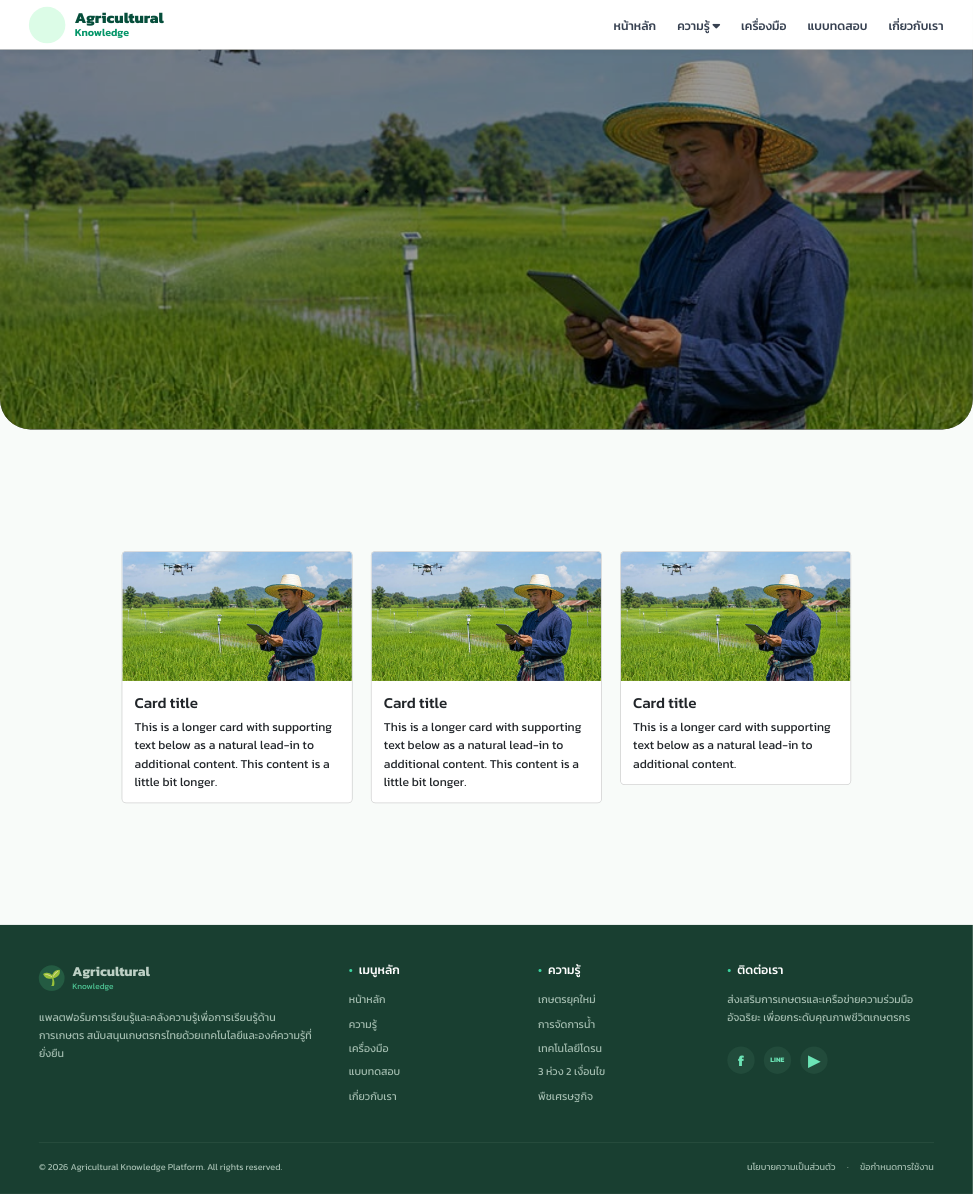
Repository: nuwat-wa/Project-WebdesignAG
Page: ag1.html
These files come from the project's save history. The page is drawn as it stood at one moment and after a run of saves; the edit follows.
The browser window is 1280 px wide. The pictures show the whole page, at 76% of full size.

Above is the page before, as saved 2026-09-24 19:15:13.

### ag1.html
<!doctype html>
<html lang="en">
  <head>
    <meta charset="UTF-8" />
    <meta name="viewport" content="width=device-width, initial-scale=1.0" />
    <title>Agricultural Knowledge</title>
    <link
      href="https://cdn.jsdelivr.net/npm/bootstrap@5.3.8/dist/css/bootstrap.min.css"
      rel="stylesheet"
      integrity="sha384-sRIl4kxILFvY47J16cr9ZwB07vP4J8+LH7qKQnuqkuIAvNWLzeN8tE5YBujZqJLB"
      crossorigin="anonymous"
    />
    <link
      rel="stylesheet"
      href="https://cdnjs.cloudflare.com/ajax/libs/font-awesome/6.7.2/css/all.min.css"
    />
    <link rel="stylesheet" href="ag1.css" />
  </head>
  <body>
    <header class="header">
      <div class="logo">
        <div class="logo-icon">
          <i class=""></i>
        </div>
        <div class="brand-text">
          <h1 class="title">Agricultural</h1>
          <span class="subtitle">Knowledge</span>
        </div>
      </div>

      <nav class="nav-links">
        <a href="#">หน้าหลัก</a>
        <a href="#">ความรู้ <i class="fa-solid fa-caret-down"></i> </a>
        <a href="#">เครื่องมือ</a>
        <a href="#">แบบทดสอบ</a>
        <a href="#">เกี่ยวกับเรา</a>
      </nav>
    </header>

    <div class="helo">
      <img src="img/aghero.jpg" alt="Agricultural" />
      <div class="overlay"></div>
    </div>

    <div class="navcont"></div>

    <div class="content">
      <div class="row row-cols-1 row-cols-md-3 g-4">
        <div class="col">
          <div class="card">
            <img src="img/aghero.jpg" class="card-img-top" alt="..." />
            <div class="card-body">
              <h5 class="card-title">Card title</h5>
              <p class="card-text">
                This is a longer card with supporting text below as a natural
                lead-in to additional content. This content is a little bit
                longer.
              </p>
            </div>
          </div>
        </div>
        <div class="col">
          <div class="card">
            <img src="img/aghero.jpg" class="card-img-top" alt="..." />
            <div class="card-body">
              <h5 class="card-title">Card title</h5>
              <p class="card-text">
                This is a longer card with supporting text below as a natural
                lead-in to additional content. This content is a little bit
                longer.
              </p>
            </div>
          </div>
        </div>
        <div class="col">
          <div class="card">
            <img src="img/aghero.jpg" class="card-img-top" alt="..." />
            <div class="card-body">
              <h5 class="card-title">Card title</h5>
              <p class="card-text">
                This is a longer card with supporting text below as a natural
                lead-in to additional content.
              </p>
            </div>
          </div>
        </div>

      </div>
    </div>

    <footer class="site-footer">
      <div class="footer-top">
        <!-- โลโก้และคำอธิบาย -->
        <div class="footer-about">
          <div class="footer-logo">
            <span class="footer-logo-icon">🌱</span>

            <div>
              <strong>Agricultural</strong>
              <small>Knowledge</small>
            </div>
          </div>

          <p>
            แพลตฟอร์มการเรียนรู้และคลังความรู้เพื่อการเรียนรู้ด้านการเกษตร
            สนับสนุนเกษตรกรไทยด้วยเทคโนโลยีและองค์ความรู้ที่ยั่งยืน
          </p>
        </div>

        <!-- เมนูหลัก -->
        <div class="footer-column">
          <h3>เมนูหลัก</h3>

          <ul>
            <li><a href="home.html">หน้าหลัก</a></li>
            <li><a href="knowledge.html">ความรู้</a></li>
            <li><a href="tools.html">เครื่องมือ</a></li>
            <li><a href="quiz.html">แบบทดสอบ</a></li>
            <li><a href="about.html">เกี่ยวกับเรา</a></li>
          </ul>
        </div>

        <!-- หมวดความรู้ -->
        <div class="footer-column">
          <h3>ความรู้</h3>

          <ul>
            <li><a href="modern-farming.html">เกษตรยุคใหม่</a></li>
            <li><a href="water.html">การจัดการน้ำ</a></li>
            <li><a href="drone.html">เทคโนโลยีโดรน</a></li>
            <li><a href="sufficiency.html">3 ห่วง 2 เงื่อนไข</a></li>
            <li><a href="crops.html">พืชเศรษฐกิจ</a></li>
          </ul>
        </div>

        <!-- ติดต่อ -->
        <div class="footer-contact">
          <h3>ติดต่อเรา</h3>

          <p>
            ส่งเสริมการเกษตรและเครือข่ายความร่วมมืออัจฉริยะ
            เพื่อยกระดับคุณภาพชีวิตเกษตรกร
          </p>

          <!-- ใส่ URL ของช่องทางจริงใน href -->
          <div class="footer-social">
            <a href="#" aria-label="Facebook">f</a>
            <a href="#" class="social-line" aria-label="LINE">LINE</a>
            <a href="#" aria-label="YouTube">▶</a>
          </div>
        </div>
      </div>

      <!-- ส่วนล่าง -->
      <div class="footer-bottom">
        <p>© 2026 Agricultural Knowledge Platform. All rights reserved.</p>

        <div class="footer-policy">
          <a href="privacy.html">นโยบายความเป็นส่วนตัว</a>
          <span>·</span>
          <a href="terms.html">ข้อกำหนดการใช้งาน</a>
        </div>
      </div>
    </footer>

    <script
      src="https://cdn.jsdelivr.net/npm/bootstrap@5.3.8/dist/js/bootstrap.bundle.min.js"
      integrity="sha384-FKyoEForCGlyvwx9Hj09JcYn3nv7wiPVlz7YYwJrWVcXK/BmnVDxM+D2scQbITxI"
      crossorigin="anonymous"
    ></script>
  </body>
</html>

### ag1.css
@import url('https://fonts.googleapis.com/css2?family=Kanit:ital,wght@0,100;0,200;0,300;0,400;0,500;0,600;0,700;0,800;0,900;1,100;1,200;1,300;1,400;1,500;1,600;1,700;1,800;1,900&display=swap');

* {
  margin: 0;
  padding: 0;
  box-sizing: border-box;
  font-family: "Kanit", sans-serif;
  font-style: normal;
}

body {
  background: #f8fbf9;
}

.header {
  position: fixed;
  top: 0;
  left: 0;
  width: 100%;
  padding: 0 3%;
  height: 65px;
  background: white;
  display: flex;
  justify-content: space-between;
  align-items: center;
  box-shadow: 0 2px 10px rgba(0, 0, 0, 0.05);
  z-index: 1000;
}

.logo {
  display: flex;
  align-items: center;
  gap: 12px;
}

.logo-icon {
  width: 48px;
  height: 48px;
  background-color: #dcfce7;
  border-radius: 50%;
  display: flex;
  align-items: center;
  justify-content: center;
}

.brand-text {
  display: flex;
  flex-direction: column;
}

.title {
  margin: 0;
  font-size: 20px;
  font-weight: 800;
  color: #064e3b;
  line-height: 0.95;
}

.subtitle {
  font-size: 14px;
  font-weight: 600;
  color: #059669;
  line-height: 1.1;
  margin-top: 2px;
}

.nav-links a {
  text-decoration: none;
  color: #374151;
  font-weight: 500;
  margin-left: 24px;
}

.nav-links a:hover {
  color: #2D6A4F;
}

.nav-links a:hover {
    color: #2D6A4F;
}

nav a:hover,
nav .active {
    color: #2D6A4F;
    border-bottom: 2px solid #2D6A4F;
}

.helo {
  width: 100vw;
  margin-top: 65px;
  background-color: black;
  border-radius: 0px 0px 40px 40px;
}

.helo img {
  width: 100%;
  height: 500px;
  object-fit: cover;
  display: block;
  border-radius: 0px 0px 40px 40px;
  opacity: 0.6;
}


/* content */
.content {
    margin: 10rem;
}

/* footer */
.site-footer {
    padding: 50px 4% 25px;
    background-color: #193f31;
    color: #a4bdb0;
    font-size: 14px;
    line-height: 1.7;
    width: 100vw;
}

.site-footer * {
    box-sizing: border-box;
}

.site-footer a {
    color: #a4bdb0;
    text-decoration: none;
}

.site-footer a:hover {
    color: #65dfb0;
}

.site-footer a:focus-visible {
    outline: 2px solid #65dfb0;
    outline-offset: 4px;
}


/* จัดเนื้อหา 4 คอลัมน์ */
.site-footer .footer-top {
    display: flex;
    justify-content: space-between;
    gap: 45px;
    max-width: 1200px;
    margin: auto;
}

.site-footer .footer-about {
    flex: 1.6;
    min-width: 0;
}

.site-footer .footer-column {
    flex: 0.9;
    min-width: 0;
}

.site-footer .footer-contact {
    flex: 1.2;
    min-width: 0;
}


/* โลโก้ */
.site-footer .footer-logo {
    display: flex;
    align-items: center;
    gap: 10px;
    margin-bottom: 20px;
}

.site-footer .footer-logo-icon {
    display: flex;
    align-items: center;
    justify-content: center;
    width: 34px;
    height: 34px;
    border-radius: 50%;
    background-color: #245b42;
    font-size: 20px;
}

.site-footer .footer-logo strong {
    display: block;
    color: #bdd0c5;
    font-size: 18px;
    line-height: 1.2;
}

.site-footer .footer-logo small {
    display: block;
    color: #50c998;
    font-size: 11px;
}


/* หัวข้อและจุดสีเขียว */

.site-footer h3 {
    margin: 0 0 18px;
    color: white;
    font-size: 16px;
}

.site-footer h3::before {
    content: "•";
    margin-right: 8px;
    color: #3bd4a0;
}


/* ข้อความและรายการลิงก์ */

.site-footer p {
    margin: 0;
}

.site-footer ul {
    margin: 0;
    padding: 0;
    list-style: none;
}

.site-footer li {
    margin-bottom: 8px;
}


/* ปุ่มช่องทางติดต่อ */

.site-footer .footer-social {
    display: flex;
    gap: 12px;
    margin-top: 25px;
}

.site-footer .footer-social a {
    display: flex;
    align-items: center;
    justify-content: center;
    width: 36px;
    height: 36px;
    border-radius: 50%;
    background-color: #224b3b;
    color: #6ce4b6;
    font-size: 20px;
    font-weight: bold;
}

.site-footer .footer-social a:hover {
    background-color: #30634e;
}

.site-footer .footer-social .social-line {
    font-size: 9px;
}


/* เส้นคั่นและข้อมูลด้านล่าง */

.site-footer .footer-bottom {
    display: flex;
    justify-content: space-between;
    align-items: center;
    gap: 20px;
    max-width: 1200px;
    margin: 40px auto 0;
    padding-top: 22px;
    border-top: 1px solid #2b5140;
    font-size: 12px;
}

.site-footer .footer-policy {
    display: flex;
    flex-wrap: wrap;
    gap: 15px;
}


/* แท็บเล็ต: แสดงสองคอลัมน์ */
@media (max-width: 768px) {
    .site-footer .footer-top {
        flex-wrap: wrap;
        gap: 30px;
    }
    .site-footer .footer-about,
    .site-footer .footer-column,
    .site-footer .footer-contact {
        flex: 1 1 40%;
    }
    .site-footer .footer-bottom {
        flex-direction: column;
        align-items: flex-start;
    }
}


/* มือถือ: เรียงลงมาคอลัมน์เดียว */
@media (max-width: 375px) {
    .site-footer {
        padding: 35px 20px 20px;
    }
    .site-footer .footer-top {
        flex-direction: column;
    }
}

After the next 3 saves:
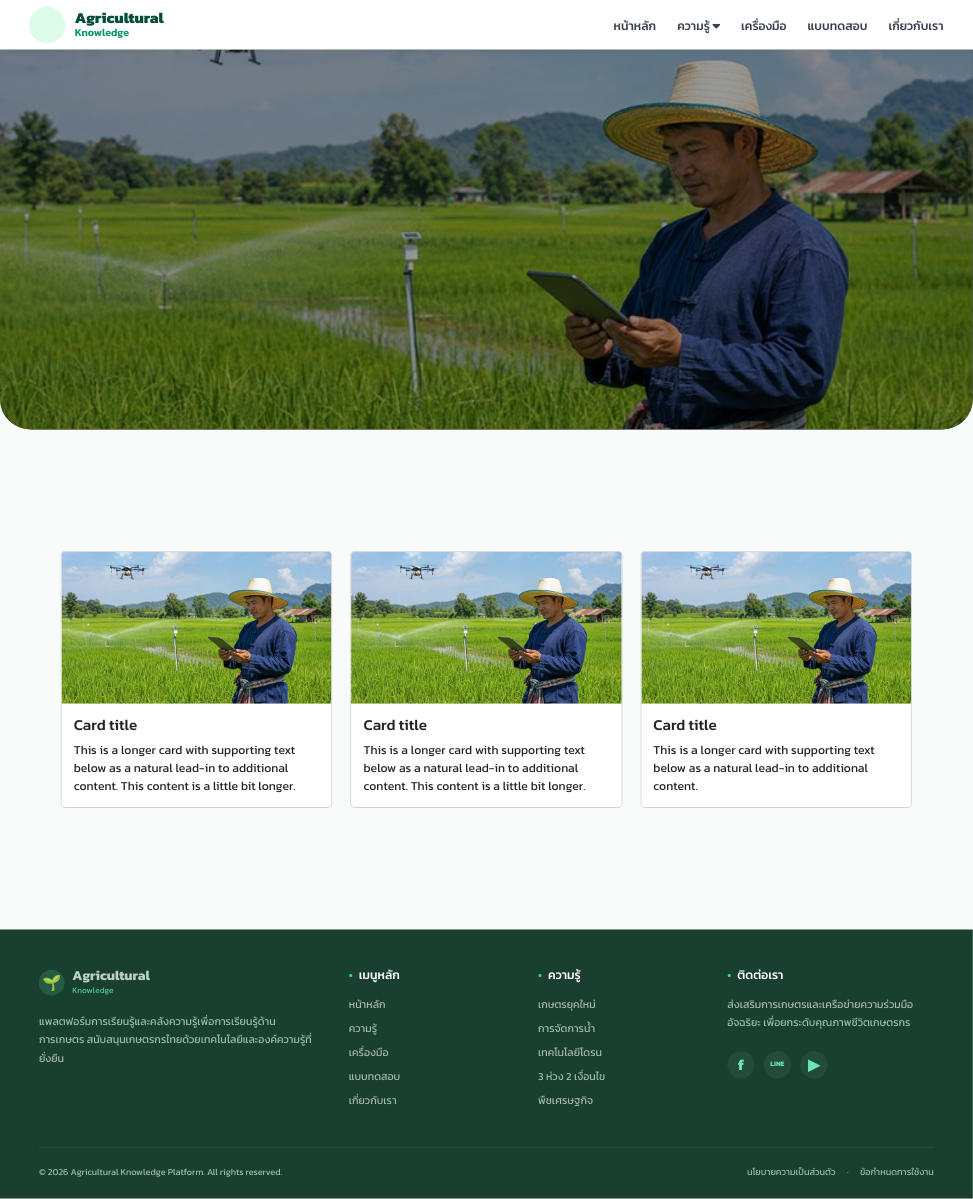
The 3 saves are shown as one change because they came seconds apart.
The last was saved 19 s later.
--- a/ag1.css
+++ b/ag1.css
@@ -104,7 +104,7 @@ nav .active {
 
 /* content */
 .content {
-    margin: 10rem;
+    margin: 10rem 5rem;
 }
 
 /* footer */
